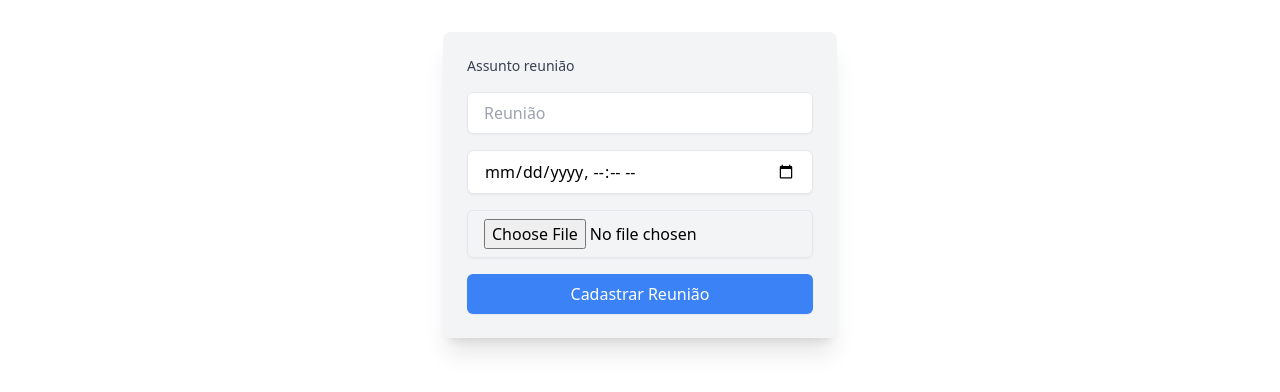
Repository: TamiBeira/meeting
Page: /
The author's editor kept a copy of each file at every save. The page is drawn from the files as they stood at one save, then again after the next save.
The browser window is 1280 px wide. The pictures show the whole page.
The project was rebuilt for these pictures with package versions that can differ from the ones it lists, and the page was loaded fresh each time. Also part of the build but not shown: vite.config.ts.

Above is the page before, as saved 2024-02-26 10:54:07.

After the next save:
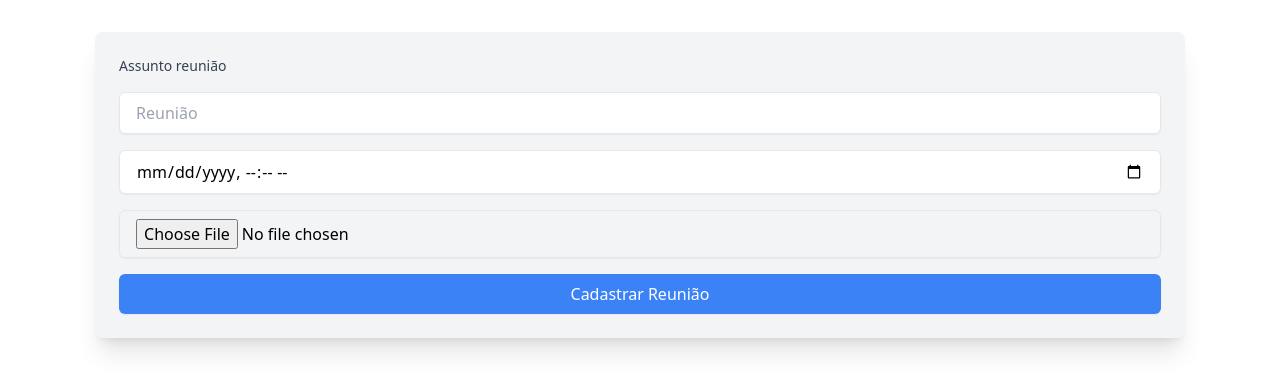
Saved 49 s later.
--- a/src/components/Form.tsx
+++ b/src/components/Form.tsx
@@ -8,14 +8,12 @@
 
     return (
         <main className="flex justify-center mt-8">
-            <div className="mx-auto max-w-md p-6 bg-gray-100 rounded-lg shadow-xl">
-                <div className="space-y-4">
-                    <label htmlFor="reuniao" className="block text-sm font-medium text-gray-700">Assunto reunião</label>
-                    <input type="text" placeholder="Reunião" id="reuniao" className="block w-full px-4 py-2 border rounded-md shadow-sm focus:outline-none focus:ring-blue-500 focus:border-blue-500" />
-                    <input type="datetime-local" name="" id="" className="block w-full px-4 py-2 border rounded-md shadow-sm focus:outline-none focus:ring-blue-500 focus:border-blue-500" />
-                    <input type="file" name="" id="" className="block w-full px-4 py-2 border rounded-md shadow-sm focus:outline-none focus:ring-blue-500 focus:border-blue-500" />
-                    <button className="block w-full px-4 py-2 bg-blue-500 text-white rounded-md shadow-sm hover:bg-blue-600 focus:outline-none focus:ring-blue-500 focus:border-blue-500">Cadastrar Reunião</button>
-                </div>
+            <div className="mx-auto bg-gray-100 rounded-lg shadow-xl p-6 space-y-4">
+                <label htmlFor="reuniao" className="block text-sm font-medium text-gray-700">Assunto reunião</label>
+                <input type="text" placeholder="Reunião" id="reuniao" className="w-full px-4 py-2 border rounded-md shadow-sm focus:outline-none focus:ring-blue-500 focus:border-blue-500" />
+                <input type="datetime-local" name="" id="" className="w-full px-4 py-2 border rounded-md shadow-sm focus:outline-none focus:ring-blue-500 focus:border-blue-500" />
+                <input type="file" name="" id="" className="w-full px-4 py-2 border rounded-md shadow-sm focus:outline-none focus:ring-blue-500 focus:border-blue-500" />
+                <button className="w-full px-4 py-2 bg-blue-500 text-white rounded-md shadow-sm hover:bg-blue-600 focus:outline-none focus:ring-blue-500 focus:border-blue-500">Cadastrar Reunião</button>
             </div>
         </main>
     )

After the save that followed:
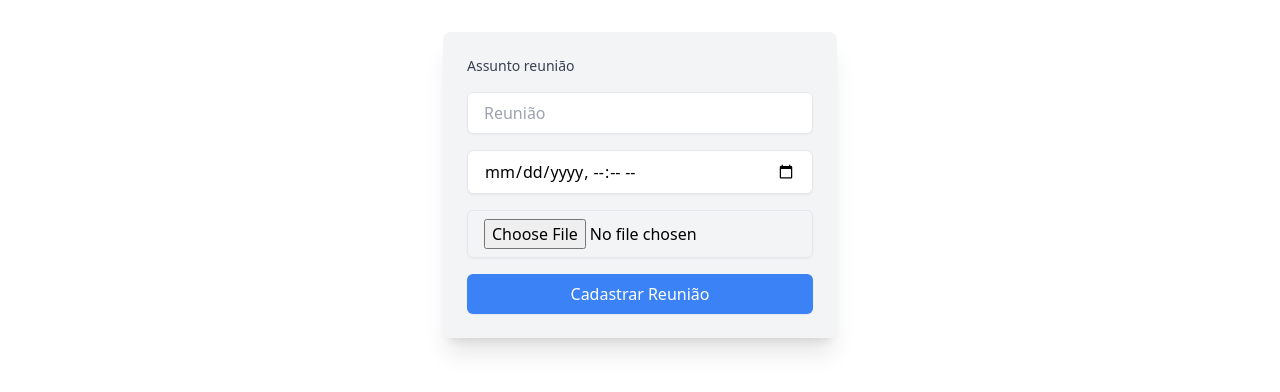
Saved 7 s later.
--- a/src/components/Form.tsx
+++ b/src/components/Form.tsx
@@ -8,12 +8,14 @@
 
     return (
         <main className="flex justify-center mt-8">
-            <div className="mx-auto bg-gray-100 rounded-lg shadow-xl p-6 space-y-4">
-                <label htmlFor="reuniao" className="block text-sm font-medium text-gray-700">Assunto reunião</label>
-                <input type="text" placeholder="Reunião" id="reuniao" className="w-full px-4 py-2 border rounded-md shadow-sm focus:outline-none focus:ring-blue-500 focus:border-blue-500" />
-                <input type="datetime-local" name="" id="" className="w-full px-4 py-2 border rounded-md shadow-sm focus:outline-none focus:ring-blue-500 focus:border-blue-500" />
-                <input type="file" name="" id="" className="w-full px-4 py-2 border rounded-md shadow-sm focus:outline-none focus:ring-blue-500 focus:border-blue-500" />
-                <button className="w-full px-4 py-2 bg-blue-500 text-white rounded-md shadow-sm hover:bg-blue-600 focus:outline-none focus:ring-blue-500 focus:border-blue-500">Cadastrar Reunião</button>
+            <div className="mx-auto max-w-md p-6 bg-gray-100 rounded-lg shadow-xl">
+                <div className="space-y-4">
+                    <label htmlFor="reuniao" className="block text-sm font-medium text-gray-700">Assunto reunião</label>
+                    <input type="text" placeholder="Reunião" id="reuniao" className="block w-full px-4 py-2 border rounded-md shadow-sm focus:outline-none focus:ring-blue-500 focus:border-blue-500" />
+                    <input type="datetime-local" name="" id="" className="block w-full px-4 py-2 border rounded-md shadow-sm focus:outline-none focus:ring-blue-500 focus:border-blue-500" />
+                    <input type="file" name="" id="" className="block w-full px-4 py-2 border rounded-md shadow-sm focus:outline-none focus:ring-blue-500 focus:border-blue-500" />
+                    <button className="block w-full px-4 py-2 bg-blue-500 text-white rounded-md shadow-sm hover:bg-blue-600 focus:outline-none focus:ring-blue-500 focus:border-blue-500">Cadastrar Reunião</button>
+                </div>
             </div>
         </main>
     )
